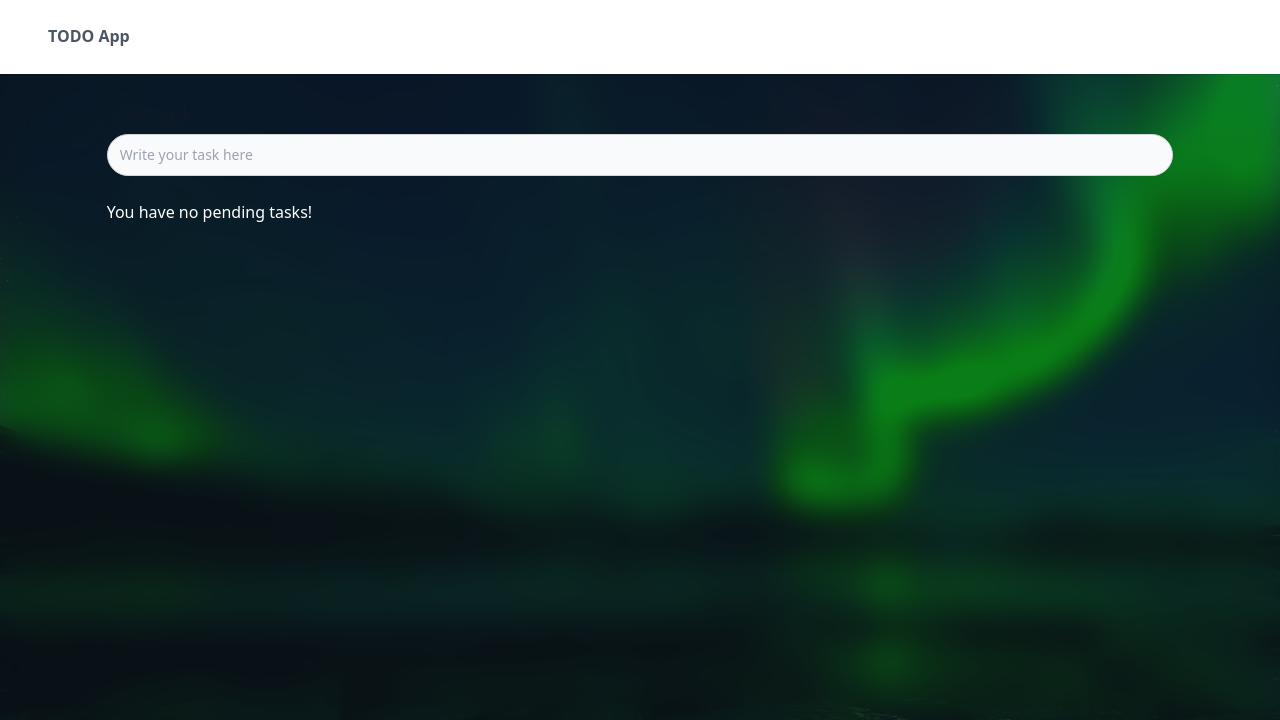
Repository: mikelCabezas/angular-exercices
Page: / (app in TODO/)
An editor plug-in stored every save of this project. The page is shown before and after the next save, followed by the edit.
The browser window is 1280 px wide. The pictures show the whole page.
The project was rebuilt for these pictures with package versions that can differ from the ones it lists, and the page was loaded fresh each time. Some packages were replaced by stand-ins written for this rebuild. Also part of the build but not shown: TODO/angular.json.

Above is the page before, as saved 2023-09-14 23:30:14.

After the next save:
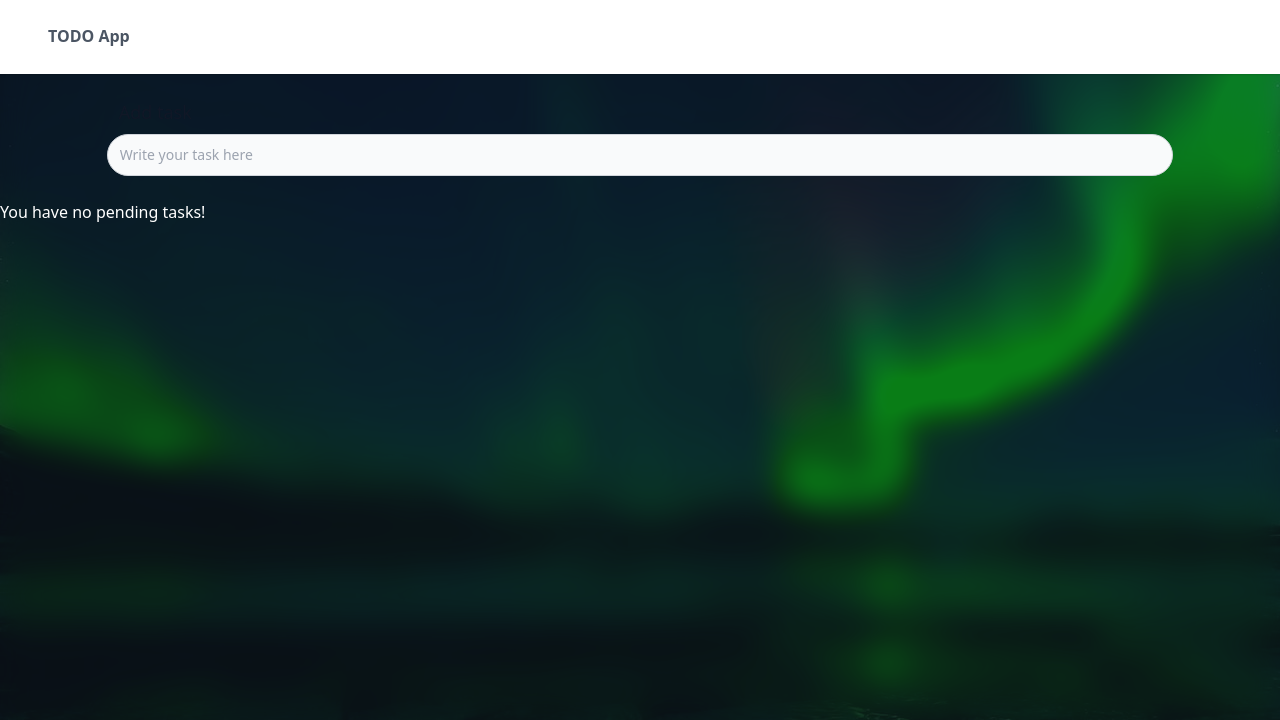
Saved 46 s later.
--- a/TODO/src/app/components/tasks/tasks.component.html
+++ b/TODO/src/app/components/tasks/tasks.component.html
@@ -12,11 +12,11 @@
                 required
             >
         </div>
-        <div *ngIf="tasksList.length === 0" class="form w-10/12 mx-auto mt-6">
+        <div *ngIf="tasksList.length === 0" class="form w-full mx-auto mt-6">
             <h3 class="text-white">You have no pending tasks!</h3>
         </div>
 
-<div *ngIf="tasksList.length > 0" class="tasks-list w-10/12 mx-auto mt-6">
+<div *ngIf="tasksList.length > 0" class="tasks-list w-full mx-auto mt-6">
     <div class="w-full text-sm font-medium text-gray-900 bg-white border border-gray-200 rounded-lg dark:bg-gray-700 dark:border-gray-600 dark:text-white">
         <p *ngFor="let task of tasksList; let i = index" class="flex align-middle items-center w-full px-4 py-2 text-white bg-blue-700 border-b border-gray-200 rounded-t-lg text-lg dark:bg-gray-800 dark:border-gray-600">
             <span [class.text-teal-600]="task.status" class="material-symbols-rounded mr-3 cursor-pointer" (click)="updateTask(task, i)"> {{task.status ? 'check_box' : 'check_box_outline_blank'}} </span>
